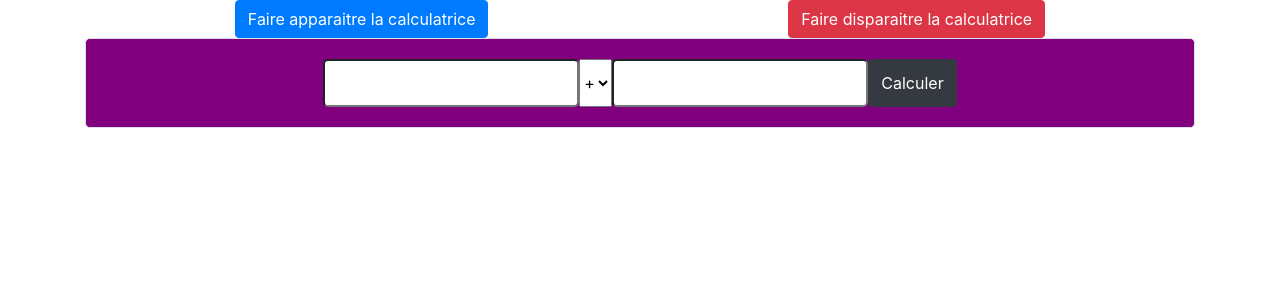
Repository: julieLyM/calculatrice
Page: calculatrice.html
These files come from the project's save history. The page is drawn as it stood at one moment and after the next save; the edit follows.
The browser window is 1280 px wide. The pictures show the whole page.

Above is the page before, as saved 2020-12-08 15:19:30.

### calculatrice.html
<!DOCTYPE html>
<html lang="fr">
  <head>
    <meta charset="UTF-8">
    <meta name="viewport" content="width=device-width, initial-scale=1.0">
		<link rel="stylesheet" href="https://cdn.jsdelivr.net/npm/bootstrap@4.5.3/dist/css/bootstrap.min.css" integrity="sha384-TX8t27EcRE3e/ihU7zmQxVncDAy5uIKz4rEkgIXeMed4M0jlfIDPvg6uqKI2xXr2" crossorigin="anonymous">

    <title>exercice calculatrice</title>
  </head>
  <body>
    <div class="container-fluid">
      <div class="container">

        <div class="row justify-content-around" style="margin: 0 auto; text-align:center">
            <button class="btn btn-primary" id="appear" >Faire apparaitre la calculatrice </button>
            <button class="btn btn-danger" id="disapear">Faire disparaitre la calculatrice</button>
        </div>


        <div class="row justify-content-center border w-100 rounded-lg" id="blocCal"  style="padding: 20px;margin: 0px auto; text-align:center; background-color: purple">

          <input type="text" class="rounded-lg" value="" id="nombre1">

          <select name="calcul" id="operateur">
            <option>+</option>
            <option>-</option>
            <option>*</option>
            <option>/</option>
          </select>

          <input type="text" class="rounded-lg" value="" id="nombre2">
          <br>
          <br>
          <button type="button" class="btn btn-dark" id="calculer">Calculer</button>
          <br>

          <br>
    </div>
    <div class="row justify-content-center">
      <div id="message"></div>
    </div>
  </div>
</div>
    <!--APPEL JQUERY-->
		<script src="https://code.jquery.com/jquery-3.5.1.min.js" integrity="sha256-9/aliU8dGd2tb6OSsuzixeV4y/faTqgFtohetphbbj0=" crossorigin="anonymous"></script>
		<script src="https://cdn.jsdelivr.net/npm/bootstrap@4.5.3/dist/js/bootstrap.bundle.min.js" integrity="sha384-ho+j7jyWK8fNQe+A12Hb8AhRq26LrZ/JpcUGGOn+Y7RsweNrtN/tE3MoK7ZeZDyx" crossorigin="anonymous"></script>
    <!--NOTRE CODE JS-->
    <script src="calculatrice.js"></script>
  </body>
</html>

### calculatrice.js
//Etapes :
// --------
// - faire une page html
// - créer deux input type text avec deux id différent pour la saisie des valeurs
// - créer un select avec un id pour proposer les différents opérateurs. (+-*/    ** %)
// - créer un bouton avec un id pour lancer le calcul (button, span)

// Avec js :
// ---------
// - lors du click  sur le bouton (evenement) :
// - récupérer les deux saisies des champs text et l'opérateur selectionné

// - il peut être important de passer les saisies dans un parseFloat() pour les transformer en type number
// - declencher le calcul des saisies selon  l'opérateur avec un if qui va tester l'opérateur pour déclencher l'opération.
// - afficher l'opération avec le résultat.

// Pour aller plus loin :
// ----------------------
// - essayer de donner la possibilité de faire apparaitre ou disparaitre la calculatrice

$(document).ready(function () {
  $('#appear').on('click', function () {
    $('#blocCal').slideDown(1000);
  });

  // Cacher la  calculatrice :
  $('#disapear').on('click', function () {
    $('#blocCal').slideUp(1000);
  });

  $('#calculer').on('click', function () {
    var value1 = $('#nombre1').val();
    var signe = $('#operateur').val();
    var value2 = $('#nombre2').val();

    value1 = parseFloat(value1);
    value2 = parseFloat(value2);
    var resultat = '';

    if (signe == '+') {
      resultat = $('#message').html(
        '<div style="background-color: pink;color: yellow; text-align: center;font-size:26px; padding:20px">Résultat addition: ' +
          value1 +
          signe +
          value2 +
          ' = ' +
          (value1 + value2) +
          '</div>'
      );
    } else if (signe == '-') {
      resultat = resultat = $('#message').html(
        '<div style="background-color: pink;color: blue; text-align: center;font-size:26px; padding:20px">Résultat soustration: ' +
          value1 +
          signe +
          value2 +
          ' = ' +
          (value1 - value2) +
          '</div>'
      );
    } else if (signe == '*') {
      resultat = resultat = $('#message').html(
        '<div style="background-color: pink;color: purple; text-align: center;font-size:26px; padding:20px">Résultat multiplication: ' +
          value1 +
          signe +
          value2 +
          ' = ' +
          value1 * value2 +
          '</div>'
      );
    } else if (signe == '/') {
      resultat = resultat = $('#message').html(
        '<div style="background-color: pink;color: green; text-align: center;font-size:26px; padding:20px">Résultat division: ' +
          value1 +
          signe +
          value2 +
          ' = ' +
          value1 / value2 +
          '</div>'
      );
    }
  });

  $('#nombre1, #nombre2').on('mouseover', function () {
    $('#message').html(
      `<div style="background-color: pink;color: red; padding:20px">Saisir un chiffre</div>`
    );
  });

  $('#nombre1, #nombre2').on('mouseout', function () {
    $('#message').html('');
  });

  $('#operateur').on('mouseover', function () {
    $('#message').html(
      `<div style="background-color: pink;color: red; padding:20px">Saisir un opérateur + - / *</div>`
    );
  });
  $('#operateur').on('mouseout', function () {
    $('#message').html('');
  });
});

After the next save:
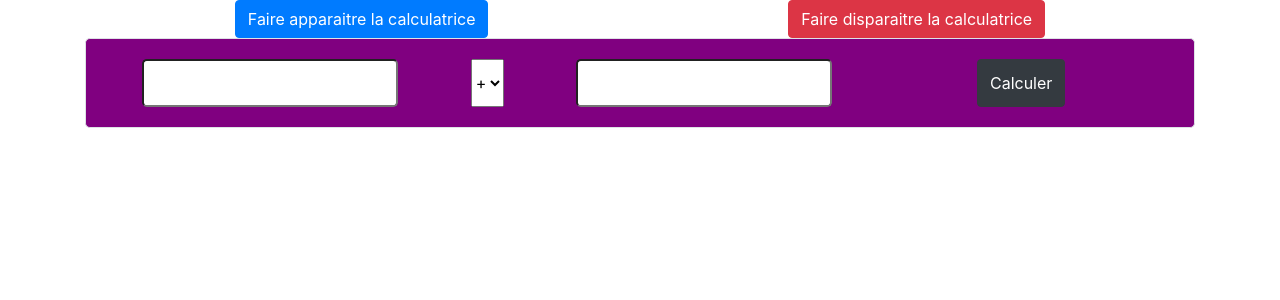
Saved 16 s later.
--- a/calculatrice.html
+++ b/calculatrice.html
@@ -17,7 +17,7 @@
         </div>
 
 
-        <div class="row justify-content-center border w-100 rounded-lg" id="blocCal"  style="padding: 20px;margin: 0px auto; text-align:center; background-color: purple">
+        <div class="row justify-content-around border w-100 rounded-lg" id="blocCal"  style="padding: 20px;margin: 0px auto; text-align:center; background-color: purple">
 
           <input type="text" class="rounded-lg" value="" id="nombre1">
 
